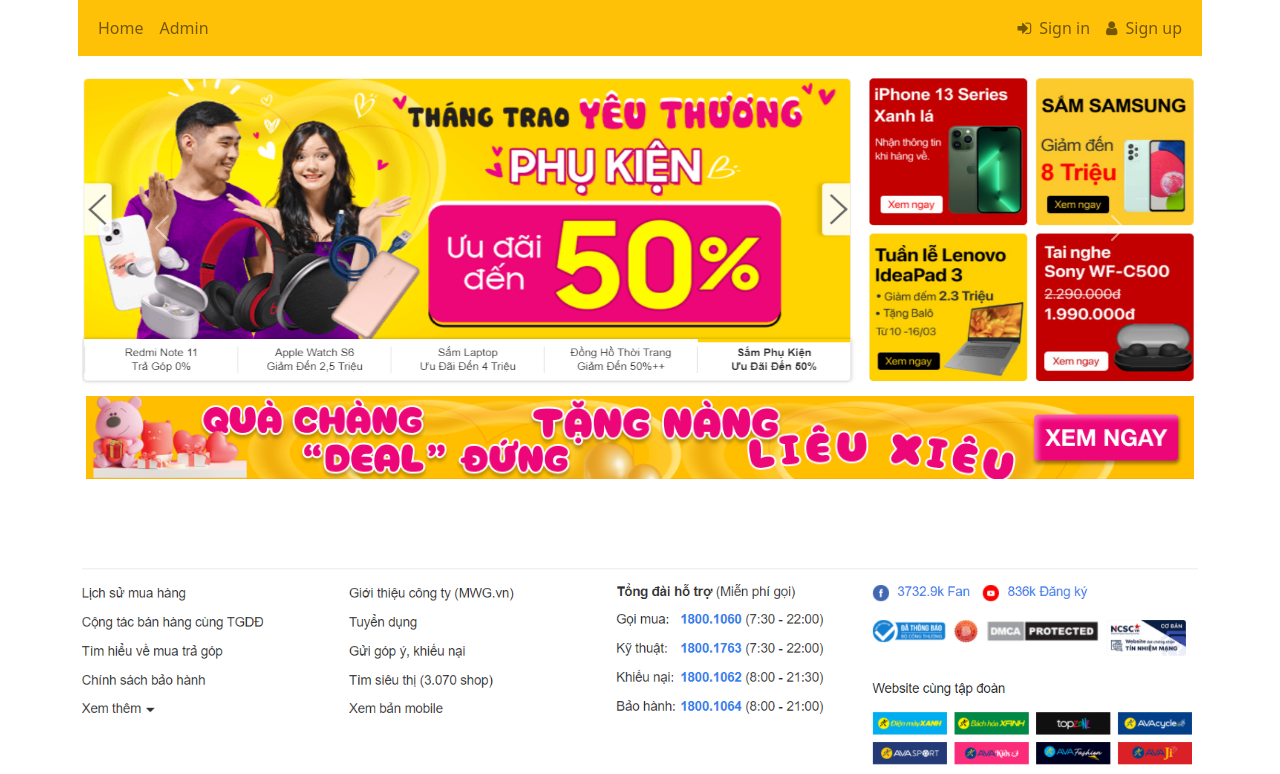
Repository: nguyenhien9/VTI_demo-ecommerce
Page: HOME/homePage.html
An editor plug-in stored every save of this project. The page is shown before and after the next save, followed by the edit.
The browser window is 1280 px wide. The pictures show the whole page.

Above is the page before, as saved 2023-03-31 19:17:44.

After the next save:
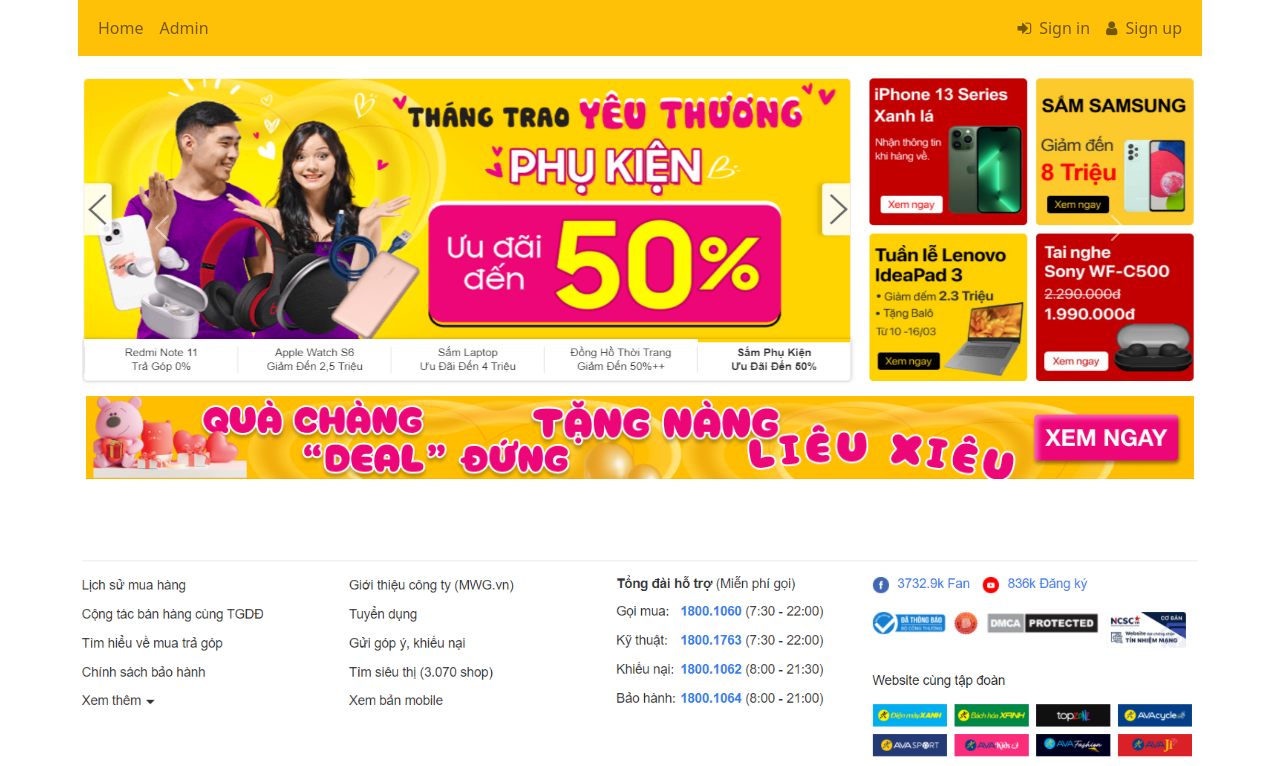
Saved 11 s later.
--- a/HOME/HomePage.js
+++ b/HOME/HomePage.js
@@ -119,7 +119,7 @@
         <img src="./asset/img/Product/ImgInfor.png" alt="" />
       </div>
       <!-- Product -->
-      <div class="row d-flex flex-wrap mt-2 g-2 pt-2 ProductList"></div>
+      <div class="row d-flex flex-wrap mt-2  ProductList"></div>
     </div>`;
       $(".Footer").load("./Footer.html");
     }

After the save that followed:
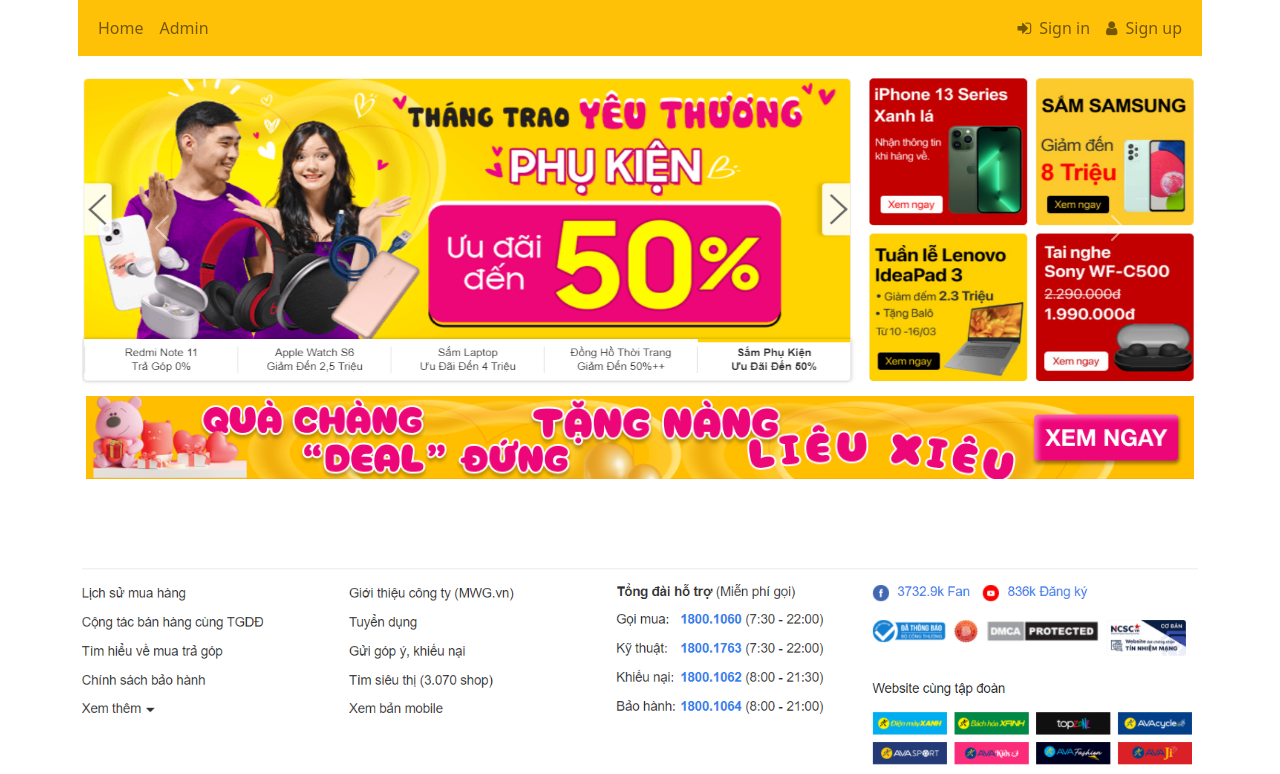
Saved 4 s later.
--- a/HOME/HomePage.js
+++ b/HOME/HomePage.js
@@ -119,7 +119,7 @@
         <img src="./asset/img/Product/ImgInfor.png" alt="" />
       </div>
       <!-- Product -->
-      <div class="row d-flex flex-wrap mt-2  ProductList"></div>
+      <div class="row d-flex flex-wrap mt-2 g-2 pt-2 ProductList"></div>
     </div>`;
       $(".Footer").load("./Footer.html");
     }
